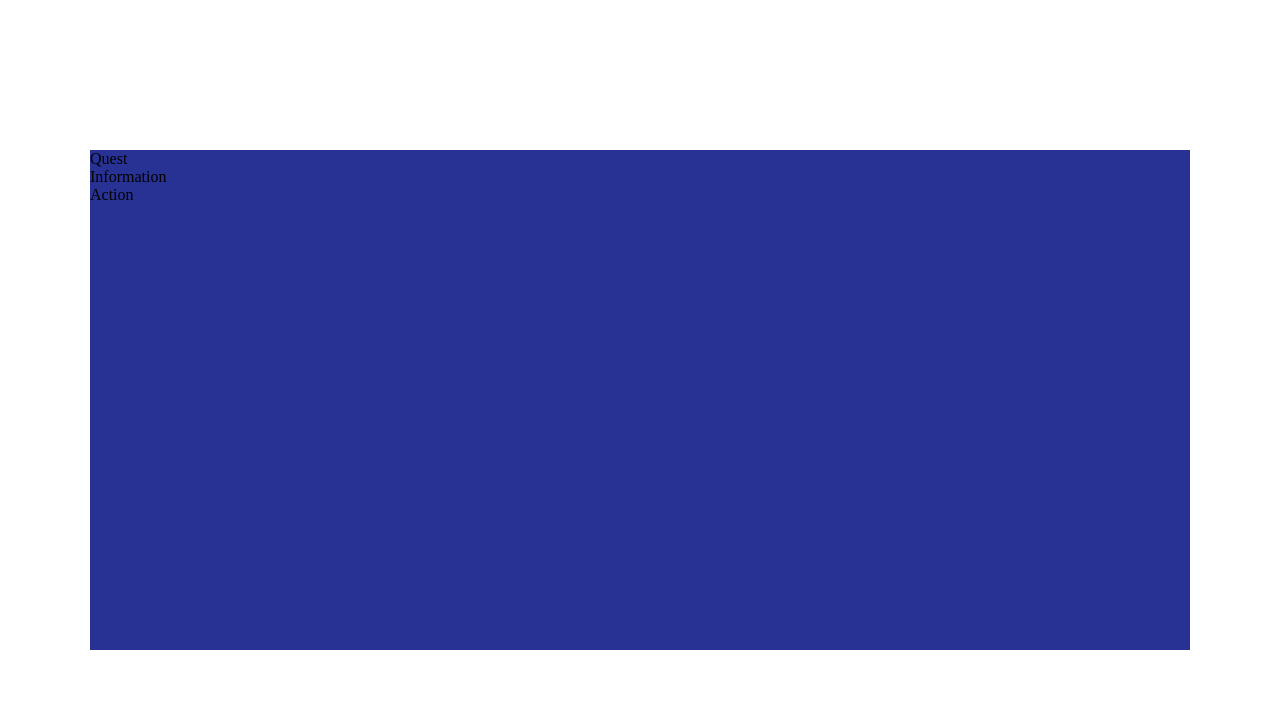
Repository: rahulnag7963/UBCHacks4.0
Page: /
The author's editor kept a copy of each file at every save. The page is drawn from the files as they stood at one save, then again after the next save.
The browser window is 1280 px wide. The pictures show the whole page.
The project was rebuilt for these pictures with package versions that can differ from the ones it lists, and the page was loaded fresh each time.

Above is the page before, as saved 2022-11-26 02:30:11.

After the next save:
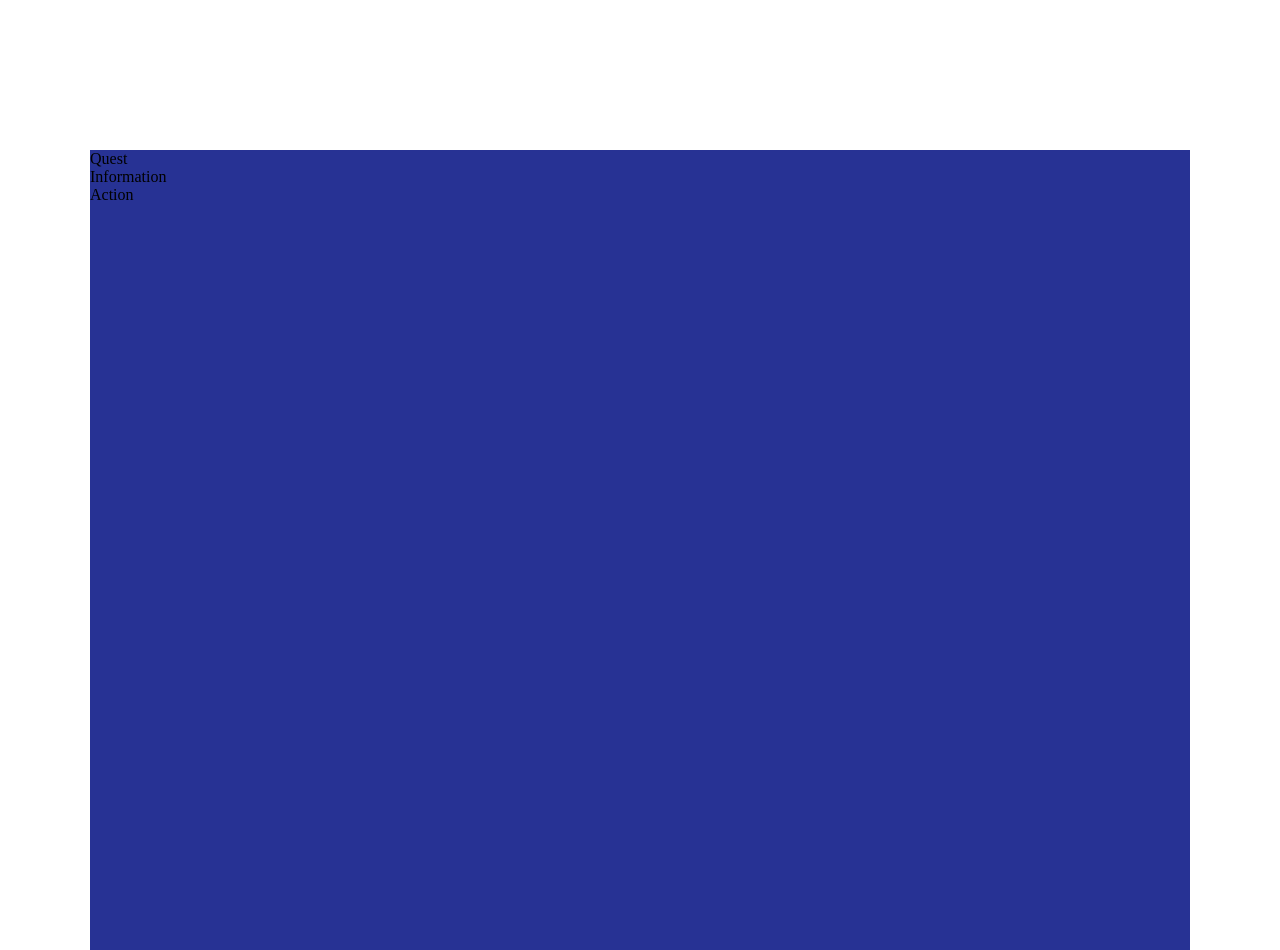
Saved 15 s later.
--- a/src/app.css
+++ b/src/app.css
@@ -1,5 +1,5 @@
 .app {
-    height: 500px;
+    height: 800px;
     width: 1100px;
     background-color: rgb(39, 50, 148);
     margin-left: auto;
